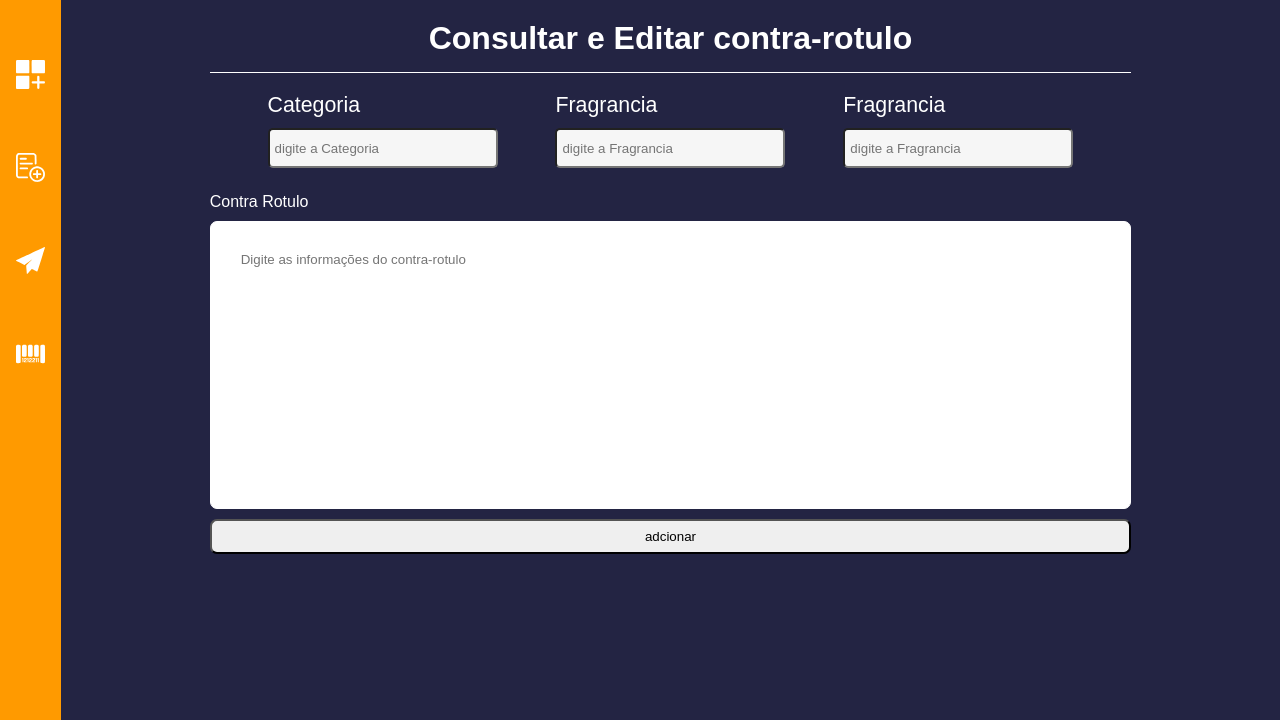
Repository: jeanjanrley/Organizador-de-rotulos
Page: /contra-rotulo
An editor plug-in stored every save of this project. The page is shown before and after a run of saves, followed by the edit.
The browser window is 1280 px wide. The pictures show the whole page.
The project was rebuilt for these pictures with package versions that can differ from the ones it lists, and the page was loaded fresh each time. Also part of the build but not shown: src/pages/home/styles.scss, src/pages/home/Home.js, src/components/rotulo/style.scss, src/components/rotulo/index.js, src/pages/consultar/index.js, src/pages/fragrancia/styles.scss, src/pages/fragrancia/index.jsx, src/pages/categoria/styles.scss and 5 more.

Above is the page before, as saved 2021-06-27 18:31:46.

After the next 6 saves:
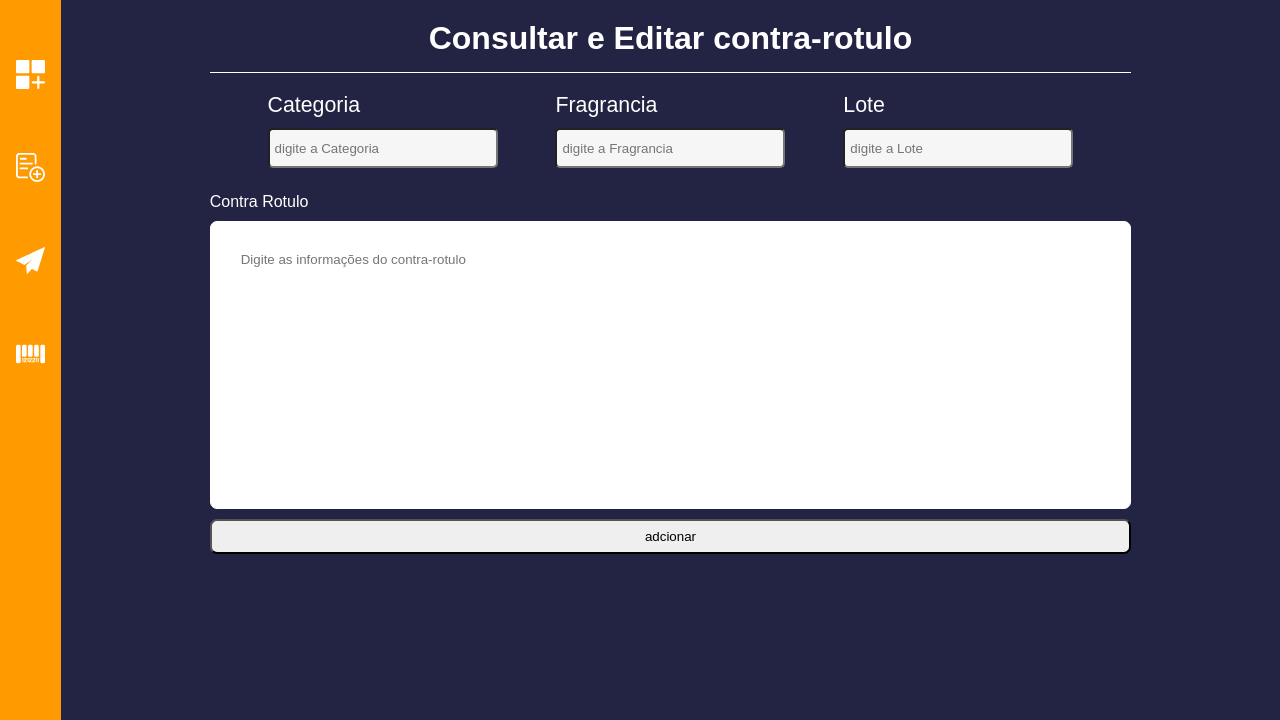
The 6 saves are shown as one change because 3 did not build or start and some came seconds apart.
The last was saved 27 s later.
--- a/src/pages/contraRotulo/index.jsx
+++ b/src/pages/contraRotulo/index.jsx
@@ -12,6 +12,7 @@ import {firebase} from '../../services/firebase'
 export default function ContraRotulo(props){
     const [categoria, setCategoria] = useState('')
     const [fragrancia, setFragrancia] = useState('')
+    const [lote, setLote] = useState('')
     const [contraRotulo, setContraRotulo] = useState('')
 
     function writeRotulo(categoria, fragrancia, contraRotulo) {
@@ -33,7 +34,7 @@ export default function ContraRotulo(props){
                 <div className="filter-area">
                     <Filter setState={setCategoria} title="Categoria"/>
                     <Filter setState={setFragrancia} title="Fragrancia"/>
-                    <Filter setState={setFragrancia} title="Fragrancia"/>
+                    <Filter setState={setLote} title="Lote"/>
                 </div>
 
                 <div className="contra-rotulo">
